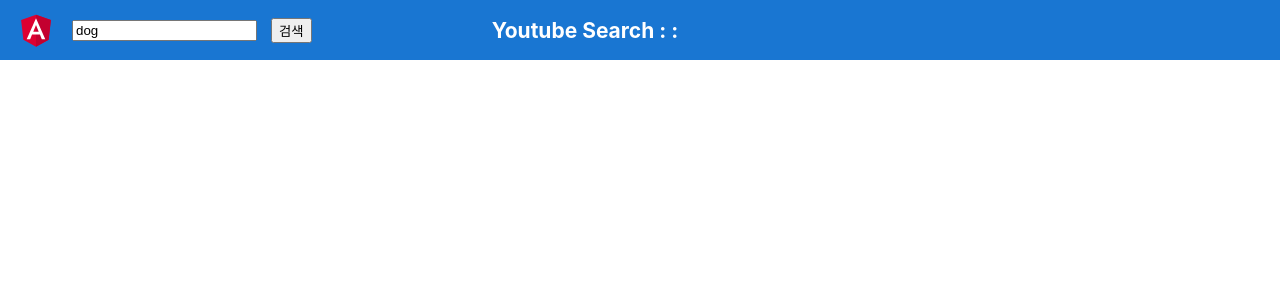
Repository: angular-weekely-toy/week10-rxjs-project
Page: / (app in youtube-example/)
These files come from the project's save history. The page is drawn as it stood at one moment and after the next save; the edit follows.
The browser window is 1280 px wide. The pictures show the whole page.
The page's requests for data from a server got no answer. The project was rebuilt for these pictures with package versions that can differ from the ones it lists, and the page was loaded fresh each time. No one was signed in, and anything a server would have sent is missing. Also part of the build but not shown: youtube-example/angular.json.

Above is the page before, as saved 2022-02-26 17:50:41.

### youtube-example/src/index.html
<!doctype html>
<html lang="en">
<head>
  <meta charset="utf-8">
  <title>YoutubeExample</title>
  <base href="/">
  <meta name="viewport" content="width=device-width, initial-scale=1">
  <link rel="icon" type="image/x-icon" href="favicon.ico">
</head>
<body>
  <app-root></app-root>
</body>
</html>

### youtube-example/src/app/app.module.ts
import { NgModule } from '@angular/core';
import { BrowserModule } from '@angular/platform-browser';
import { FormsModule, ReactiveFormsModule } from '@angular/forms';
import { AppRoutingModule } from './app-routing.module';
import { HttpClientModule, HTTP_INTERCEPTORS, HttpClient } from '@angular/common/http';
import { AppComponent } from './app.component';

@NgModule({
  declarations: [
    AppComponent
  ],
  imports: [
    BrowserModule,
    AppRoutingModule,
    HttpClientModule,
    FormsModule,
    ReactiveFormsModule
  ],
  providers: [],
  bootstrap: [AppComponent]
})
export class AppModule { }

### youtube-example/src/environments/environment.ts
// This file can be replaced during build by using the `fileReplacements` array.
// `ng build` replaces `environment.ts` with `environment.prod.ts`.
// The list of file replacements can be found in `angular.json`.

export const environment = {
  production: false,
  key: 'AIzaSyALnE4YcKrDM2rNRbyqEohzMgWJidT9Lxs',
  url: 'https://www.googleapis.com/youtube/v3/search'
};

/*
 * For easier debugging in development mode, you can import the following file
 * to ignore zone related error stack frames such as `zone.run`, `zoneDelegate.invokeTask`.
 *
 * This import should be commented out in production mode because it will have a negative impact
 * on performance if an error is thrown.
 */
// import 'zone.js/plugins/zone-error';  // Included with Angular CLI.

### youtube-example/src/app/app.component.ts
import { Component, OnInit } from '@angular/core';
import { YoutubeService } from './service/youtube.service'
import { FormBuilder, FormGroup  } from '@angular/forms';

@Component({
  selector: 'app-root',
  templateUrl: './app.component.html',
  styleUrls: ['./app.component.css'],
  providers: [YoutubeService],
})
export class AppComponent implements OnInit {
  title = 'Youtube Search : ';
  group: FormGroup;
  target: string = "";
  youtubeItem: string = "";
  youtubeList?: any[] = new Array();
  youtubeTitle?: String;

  constructor(private fb: FormBuilder, private youtubeService: YoutubeService) {
    this.group = this.fb.group({});

  }

  createForm() {
    this.group.addControl('search_text', this.fb.control('dog'));
  }

  ngOnInit(): void {
    this.createForm();
    this.target = this.group?.controls?.search_text?.value;
    this.search(this.target);
  }

  search(search: any) {
    this.searchList(search);
  }

  actionSubmit= () => {
    this.target = this.group?.controls?.search_text?.value;
    this.searchList(this.target);
  }

  searchList(searchText: any) {
    this.youtubeService.getSearchChannel(searchText)
      .toPromise()
      .then((data) => {
        this.youtubeTitle = searchText;
        console.log('items : ', data?.kind);
        this.youtubeList = data?.items;
        console.log('req -> ', data);
      })
      .catch((error) => {
        console.log('error - ', error);
      })
  }


}

### youtube-example/src/app/app.component.html

<!-- Toolbar -->
<form [formGroup]="group" (ngSubmit)="actionSubmit()">
  <div class="toolbar" role="banner">
    <img
      width="40"
      alt="Angular Logo"
      src="data:[embedded picture, 522 characters]"
    />

    <input type="text" formControlName="search_text"/>
    &nbsp;&nbsp;&nbsp;&nbsp;<button type="sbumit">검색</button>
    <span style="margin-left: 180px;"><h2>{{title}} : {{youtubeTitle}}</h2></span>
  </div>

  <div class="content" role="main">
    <ul>
      <li *ngFor="let youtubeItem of youtubeList" [value]="youtubeItem">
        <img src="{{youtubeItem.snippet.thumbnails.default.url}}"/>
        <a href="https://youtube.com/channel/{{youtubeItem.id.channelId}}" target="_blank">
          {{youtubeItem.snippet.channelTitle}}
        </a>
      </li>
    </ul>
  </div>
  </form>

### youtube-example/src/app/service/youtube.service.ts
import { Inject, Injectable } from '@angular/core';
import { HttpClient, HttpParams, HttpEvent, HttpHeaders } from '@angular/common/http';
import { Observable } from 'rxjs';
import { environment } from '../../environments/environment';

@Injectable()
export class YoutubeService {
    constructor(private http: HttpClient) {}

    getSearchChannel(q: string): Observable<any> {
        const url: string = environment.url + `?part=snippet&q=${q}&type=channel&key=${environment.key}`;
        let result: any;
        try {
            result = this.http.get<any>(url).pipe();
        } catch (e) {
            console.log('eeee', e);
        }
        return result;
    }
}

Loaded but not shown: youtube-example/src/styles.css (common file); youtube-example/src/main.ts (common file); youtube-example/src/app/app-routing.module.ts (common file); youtube-example/src/app/app.component.css (common file)

After the next save:
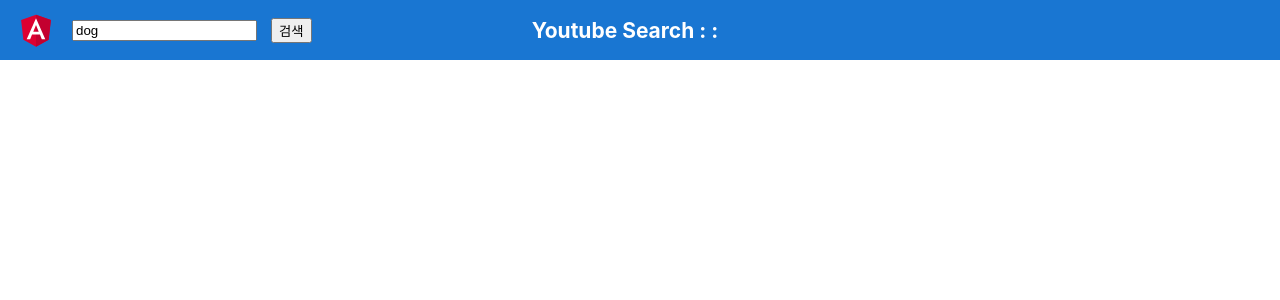
Saved 6 s later.
--- a/youtube-example/src/app/app.component.html
+++ b/youtube-example/src/app/app.component.html
@@ -10,7 +10,7 @@
 
     <input type="text" formControlName="search_text"/>
     &nbsp;&nbsp;&nbsp;&nbsp;<button type="sbumit">검색</button>
-    <span style="margin-left: 180px;"><h2>{{title}} : {{youtubeTitle}}</h2></span>
+    <span style="margin-left: 220px;"><h2>{{title}} : {{youtubeTitle}}</h2></span>
   </div>
 
   <div class="content" role="main">
